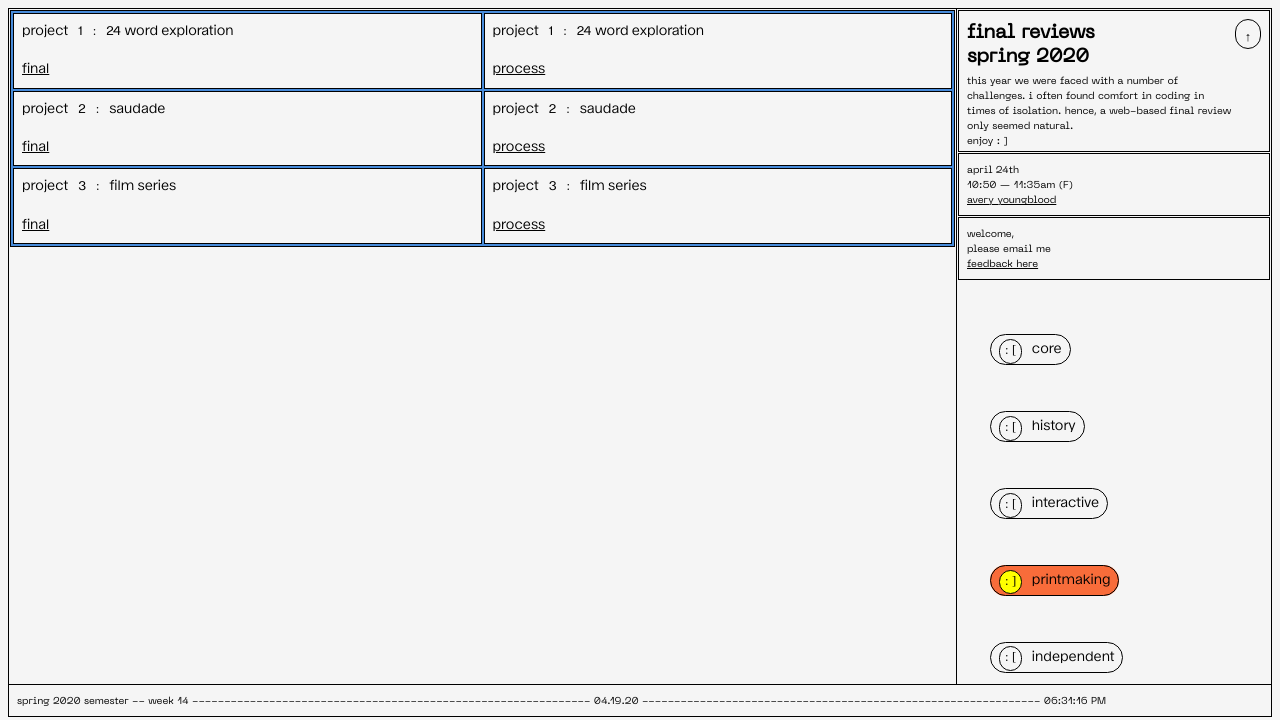
Repository: ayoungblood2/Spring-Semester-2020
Page: index v2/classes/printmaking.html
The author's editor kept a copy of each file at every save. The page is drawn from the files as they stood at one save, then again after the next save.
The browser window is 1280 px wide. The pictures show the whole page.
Some web libraries are served in a nearby version.

Above is the page before, as saved 2020-04-19 21:32:44.

### index v2/classes/printmaking.html
<html lang="en">

    <head>

        <meta charset="UTF-8">
        <meta name="viewport" content="width=device-width, initial-scale=1.0">
        <meta http-equiv="X-UA-Compatible" content="ie=edge">
        <link rel="stylesheet" href="/index v2/assets/css/main.css">

        <link rel="apple-touch-icon" sizes="180x180" href="/index v2/assets/icon/favicon_io/apple-touch-icon.png">
        <link rel="icon" type="image/png" sizes="32x32" href="/index v2/assets/icon/favicon_io/favicon-32x32.png">
        <link rel="icon" type="image/png" sizes="16x16" href="/index v2/assets/icon/favicon_io/favicon-16x16.png">

        <!-- <META HTTP-EQUIV="refresh" CONTENT="5; URL=http://127.0.0.1:5500/index%20v2/index2.html"> -->


        <title> : ] [ :</title>


    </head>

    <body class="none">


        <div id="coords" data-html2canvas-ignore="true" style="color: black; top: 747px; left: 58px;">click(48,737)
        </div>


        <main class="Main">

            <!-- <header class="PageHeader PageHeader--home">

                <section class="PageHeader-classInfo">
                    april 24th
                    <br>10:50 — 11:35am (F)
                    <br><a href="https://www.art.yale.edu/AveryYoungblood" target="_blank"
                        class="PageHeader--link">avery
                        youngblood</a>
                </section>
            </header>

            <header class="PageHeader PageHeader--home">
                <section class="PageHeader-classInfo">
                    welcome,
                    <br> please email me
                    <br><a href="avery.youngblood@yale.edu" class="PageHeader--link">feedback here</a>
                </section>
            </header> -->




            <header class="grid-container">
                <a href="/index v2/classes/core-prct1-1.html" class="PageHeader--link--2">
                    <section class="grid-item">
                        project&nbsp;&nbsp;&nbsp;1&nbsp;&nbsp;&nbsp;:&nbsp;&nbsp;&nbsp;24 word
                        exploration
                        <br>&nbsp;
                        <br><span style="text-decoration: underline;">final</span>
                    </section>
                </a>

                <a href="/index v2/classes/core-prct1-2.html" class="PageHeader--link--2">
                    <section class="grid-item">
                        project&nbsp;&nbsp;&nbsp;1&nbsp;&nbsp;&nbsp;:&nbsp;&nbsp;&nbsp;24 word
                        exploration
                        <br>&nbsp;
                        <br><span style="text-decoration: underline;">process</span>
                    </section>
                </a>

                <a href="/index v2/classes/core-prct2-1.html" class="PageHeader--link--2">
                    <section class="grid-item">
                        project&nbsp;&nbsp;&nbsp;2&nbsp;&nbsp;&nbsp;:&nbsp;&nbsp;&nbsp;saudade
                        <br>&nbsp;
                        <br><span style="text-decoration: underline;">final</span>
                    </section>
                </a>

                <a href="/index v2/classes/core-prct2-2.html" class="PageHeader--link--2">
                    <section class="grid-item">
                        project&nbsp;&nbsp;&nbsp;2&nbsp;&nbsp;&nbsp;:&nbsp;&nbsp;&nbsp;saudade
                        <br>&nbsp;
                        <br><span style="text-decoration: underline;">process</span>
                    </section>
                </a>

                <a href="/index v2/classes/core-prct3-1.html" class="PageHeader--link--2">
                    <section class="grid-item">
                        project&nbsp;&nbsp;&nbsp;3&nbsp;&nbsp;&nbsp;:&nbsp;&nbsp;&nbsp;film series
                        <br>&nbsp;
                        <br><span style="text-decoration: underline;">final</span>
                    </section>
                </a>

                <a href="/index v2/classes/core-prct3-2.html" class="PageHeader--link--2">
                    <section class="grid-item">
                        project&nbsp;&nbsp;&nbsp;3&nbsp;&nbsp;&nbsp;:&nbsp;&nbsp;&nbsp;film series
                        <br>&nbsp;
                        <br><span style="text-decoration: underline;">process</span>
                    </section>
                </a>

            </header>

        </main>





        <header class="Header">

            <a href="/index v2/index2.html" class="Header-link">
                <div class="wrapper">

                    <span class="Header-title">
                        <h2>
                            <span class="Header-span">final reviews</span>
                            <span class="Header-span">spring 2020</span></h2>
                        <br>
                        <div class="content">
                            <p> this year we were faced with a number of challenges.
                                i often found comfort in coding in times of isolation.
                                hence, a web-based final review only seemed natural. </p>
                            <p> enjoy : ] </p>

                    </span>
                    </span>

                </div>

                </div>
                <button onClick="window.location.href=window.location.href" class="Header-arrow">
                    ↑
                </button>

            </a>

            <header class="PageHeader PageHeader--home">

                <section class="PageHeader-classInfo">
                    april 24th
                    <br>10:50 — 11:35am (F)
                    <br><a href="https://www.art.yale.edu/AveryYoungblood" target="_blank" class="PageHeader--link">avery
                        youngblood</a>
                </section>
            </header>

            <header class="PageHeader PageHeader--home">
                <section class="PageHeader-classInfo">
                    welcome,
                    <br> please email me
                    <br><a href="mailto:avery.youngblood@yale.edu" target="_blank" class="PageHeader--link">feedback here</a>
                </section>
            </header>

            <nav class="Nav is-home">

                <ul class="Nav-list">

                    <li class="Nav-item ">
                        <span>
                            <a href="/index v2/classes/core.html"
                                class="Nav-link view-more view-less" href="#" data-target="core">
                                core
                            </a>
                      </span>
                        <img src="/index v2/classes/core/project1/Avery_Slang_BW.png"
                            style="width:150%;transform:rotate(20deg);" class="page-header" />

                        <ul id="core" class="viewing-less">

                            <li class="more">
                                core became a way to discover process and refine my message, along with building the
                                fundamentals of graphic design.
                                core solidifies the conceptualization of flexible ideas into experimental print and
                                materiality so that one can understand the motive behind work.
                                <br><br><br>
                                <p>--&nbsp;&nbsp;project&nbsp;&nbsp;&nbsp;1&nbsp;&nbsp;&nbsp;:&nbsp;&nbsp;&nbsp;24 word
                                    exploration</p>
                                <br>
                                <p>--&nbsp;&nbsp;project&nbsp;&nbsp;2&nbsp;&nbsp;&nbsp;:&nbsp;&nbsp;&nbsp;saudade event</p>
                                <br>
                                <p>--&nbsp;&nbsp;project&nbsp;&nbsp;3&nbsp;&nbsp;&nbsp;:&nbsp;&nbsp;&nbsp;film posters</p>
                            </li>
                        </ul>

                    </li>


                    <li class="Nav-item ">
                        <span>
                            <a href="/index v2/classes/history.html"
                                class="Nav-link view-more view-less" href="#" data-target="history">
                                history
                            </a>
                        </span>
                        <img src="/index v2/classes/history/other images/event_default_31_1.jpg"
                            style="width:60%;transform:rotate(-50deg);margin:50px;" />
                        <ul id="history" class="viewing-less">

                            <li class="more">
                                this semester history provided me with context for design. instead of conceptualizing
                                from
                                personal ideation,
                                my process became reversed in history of graphic design. i found myself working from
                                historical references first,
                                then contextualizing into my own design language.
                                <br><br><br>
                                <p>--&nbsp;&nbsp;project&nbsp;&nbsp;&nbsp;1&nbsp;&nbsp;&nbsp;:&nbsp;&nbsp;&nbsp;sf
                                    psychedelic rock posters</p>
                                <br>
                                <p>--&nbsp;&nbsp;project&nbsp;&nbsp;2&nbsp;&nbsp;&nbsp;:&nbsp;&nbsp;&nbsp;designer
                                    accordion
                                </p>
                                <br>
                                <p>--&nbsp;&nbsp;project&nbsp;&nbsp;3&nbsp;&nbsp;&nbsp;:&nbsp;&nbsp;&nbsp;reading</p>
                                <br>
                                <p>--&nbsp;&nbsp;project&nbsp;&nbsp;4&nbsp;&nbsp;&nbsp;:&nbsp;&nbsp;&nbsp;research &
                                    resources</p>
                            </li>
                        </ul>
                    </li>



                    <li class="Nav-item ">
                        <span>
                            <a href="/index v2/classes/interactive.html"
                                class="Nav-link view-more view-less" href="#" data-target="interact">
                                interactive
                            </a>
                        </span>
                        <img src="/index v2/classes/interactive/web-as-site.png"
                            style="width:70%;transform:rotate(2deg);margin-top:300px;margin-left:300px;" />
                        <ul id="interact" class="viewing-less">

                            <li class="more">
                                we covered a lot in interactive this semester.
                                i've been actively learning HTML, CSS, and JavaScript, and experimenting ways to
                                introduce
                                these methods into my everyday studio practice.
                                the readings we had about the internet and the relationship to
                                embodied experience were eye-opening discussions.
                                everything of what i thought web-design "should-be" vanished. all expectations and
                                rules,
                                gone.
                                i learned there is a space for art in the web-space.
                                i appreciate the freedom of expression and encouragement of creativity from
                                conceptually-driven prompts in this class.
                                i want to incorporate this new perspective of organizing and translating design/process
                                into
                                an interactive space.
                                <br><br><br>
                                <p>--&nbsp;&nbsp;project&nbsp;&nbsp;&nbsp;1&nbsp;&nbsp;&nbsp;:&nbsp;&nbsp;&nbsp;list</p>
                                <br>
                                <p>--&nbsp;&nbsp;project&nbsp;&nbsp;2&nbsp;&nbsp;&nbsp;:&nbsp;&nbsp;&nbsp;clock</p>
                                <br>
                                <p>--&nbsp;&nbsp;project&nbsp;&nbsp;3&nbsp;&nbsp;&nbsp;:&nbsp;&nbsp;&nbsp;reading &
                                    resources</p>
                            </li>
                        </ul>
                    </li>


                    <li class="Nav-item ">
                        <span>
                            <a href="/index v2/index2.html" class="Nav-link-2" href="#" data-target="print">
                                printmaking
                            </a>
                        </span>
                        <img src="/index v2/classes/printmaking/reference pics/Screen Shot 2020-04-16 at 5.17.14 AM.png"
                            style="width:50%;transform:rotate(20deg);margin-top:200px;margin-left:10px;" />
                        <ul id="print" class="viewing-less">

                            <li class="more">
                                printmaking considers ways in which multiplicity, circulation, and archives have
                                functioned
                                within contemporary print based artworks.
                                We had visits to on-campus collections, collaborative studio work, and in class
                                discussions
                                of pertinent texts aim to place the
                                making of printed media within an expansive field of art practices.
                                Although, the second part of the semester was to focus on
                                how these concepts, materials, and forms connect to our own individual studio practices
                                through projects and printshop demonstrations focusing on the stencil and the book (we
                                still
                                had discussions of what we'd like to pursue in the future).
                                <br><br><br>
                                <p>--&nbsp;&nbsp;project&nbsp;&nbsp;&nbsp;1&nbsp;&nbsp;&nbsp;:&nbsp;&nbsp;&nbsp;reading
                                </p>
                                <br>
                                <p>--&nbsp;&nbsp;project&nbsp;&nbsp;2&nbsp;&nbsp;&nbsp;:&nbsp;&nbsp;&nbsp;research &
                                    resources</p>
                                <br>
                                <p>--&nbsp;&nbsp;project&nbsp;&nbsp;3&nbsp;&nbsp;&nbsp;:&nbsp;&nbsp;&nbsp;chapel street
                                    pole
                                </p>
                                <br>
                                <p>--&nbsp;&nbsp;project&nbsp;&nbsp;4&nbsp;&nbsp;&nbsp;:&nbsp;&nbsp;&nbsp;commissioned
                                    publication</p>
                            </li>
                        </ul>
                    </li>


                    <li class="Nav-item ">
                        <span>
                            <a href="/index v2/classes/independent.html"
                                class="Nav-link view-more view-less" href="#" data-target="ind">
                                independent
                            </a>
                        </span>
                        <img src="/index v2/classes/independent/we-need-to-talk/Screen Shot 2020-04-18 at 4.32.22 AM.png"
                            style="width:80%;transform:rotate(-63deg);margin:20px;" />
                        <ul id="ind" class="viewing-less">

                            <li class="more">
                                collaboration on all fronts. alvin (prelim GD) and amina (1st yr sculpture) became my
                                close
                                allies this semester.
                                our personal interests led the way in cultivating close-relationships,
                                along with intriguing long-term projects that i'm excited to continue and develop over
                                the
                                years.
                                <br>
                                the second half of the semester my attention and time became devoted to the covid-19
                                cause -
                                writing
                                and meeting and organizing 24/7 to work towards active nationwide solutions for the
                                future
                                of education.
                                <br><br><br>
                                <p>--&nbsp;&nbsp;project&nbsp;&nbsp;&nbsp;1&nbsp;&nbsp;&nbsp;:&nbsp;&nbsp;&nbsp;we-need-to-talk
                                </p>
                                <br>
                                <p>--&nbsp;&nbsp;project&nbsp;&nbsp;2&nbsp;&nbsp;&nbsp;:&nbsp;&nbsp;&nbsp;sonic rupture
                                </p>
                                <br>
                                <p>--&nbsp;&nbsp;project&nbsp;&nbsp;3&nbsp;&nbsp;&nbsp;:&nbsp;&nbsp;&nbsp;log & letters
                                </p>
                            </li>
                        </ul>
                    </li>
            </nav>

        </header>

        <span class="TimeStamp">spring semester week 01 04.15.20 05:07:06 PM</span>

        <script src="//ajax.googleapis.com/ajax/libs/jquery/1.7.1/jquery.min.js" type="text/javascript"></script>
        <script src="https://cdnjs.cloudflare.com/ajax/libs/moment.js/2.20.1/moment.min.js"></script>
        <script src="/index v2/assets/js/main.js"></script>
        <script src="/index v2/assets/js/scripts.js"></script>
        <script src="/index v2/assets/js/html2canvas.js"></script>




    </body>


</html>

<!-- yale school of art --
graphic design --
preliminary year --
final reviews --
spring 2020 -->

Loaded but not shown: index v2/assets/js/html2canvas.js (library); index v2/assets/js/scripts.js (193 lines, source omitted); index v2/assets/js/main.js (113 lines, source omitted); index v2/assets/css/main.css (1061 lines, source omitted)

After the next save:
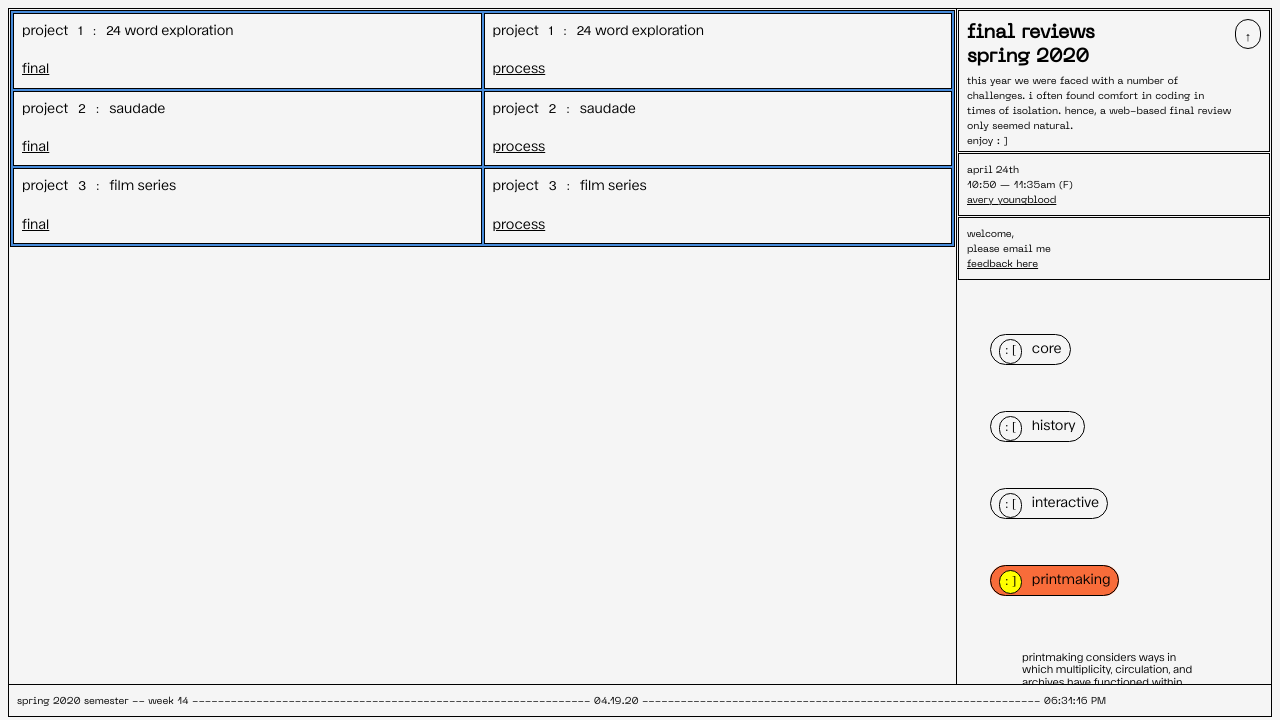
Saved 58 s later.
--- a/index v2/classes/printmaking.html
+++ b/index v2/classes/printmaking.html
@@ -271,8 +271,8 @@
                             </a>
                         </span>
                         <img src="/index v2/classes/printmaking/reference pics/Screen Shot 2020-04-16 at 5.17.14 AM.png"
-                            style="width:50%;transform:rotate(20deg);margin-top:200px;margin-left:10px;" />
-                        <ul id="print" class="viewing-less">
+                            style="width:50%;transform:rotate(20deg);margin-top:200px;margin-left:10px;"
+                            class="page-header" />
 
                             <li class="more">
                                 printmaking considers ways in which multiplicity, circulation, and archives have
@@ -301,8 +301,6 @@
                                 <p>--&nbsp;&nbsp;project&nbsp;&nbsp;4&nbsp;&nbsp;&nbsp;:&nbsp;&nbsp;&nbsp;commissioned
                                     publication</p>
                             </li>
-                        </ul>
-                    </li>
 
 
                     <li class="Nav-item ">
